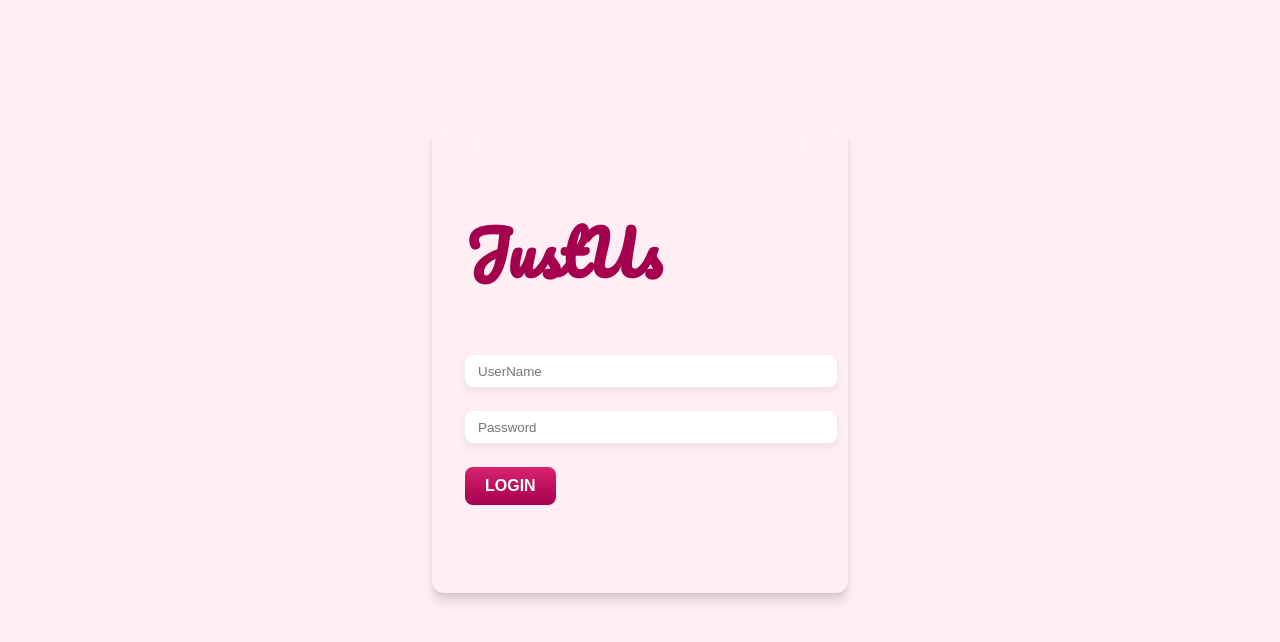
Repository: AfifaNoor/JustUs_ReactJs
Page: /
An editor plug-in stored every save of this project. The page is shown before and after the next save, followed by the edit.
The browser window is 1280 px wide. The pictures show the whole page.
The project was rebuilt for these pictures with package versions that can differ from the ones it lists, and the page was loaded fresh each time.

Above is the page before, as saved 2025-07-14 16:03:42.

### public/index.html
<!DOCTYPE html>
<html lang="en">
  <head>
    <meta charset="utf-8" />
    <link rel="icon" href="%PUBLIC_URL%/favicon.ico" />
    <link href="https://fonts.googleapis.com/css2?family=Poppins:wght@300;400;500;600;700&family=Pacifico&display=swap" rel="stylesheet">
    <meta name="viewport" content="width=device-width, initial-scale=1" />
    <meta name="theme-color" content="#000000" />
    <meta
      name="description"
      content="Web site created using create-react-app"
    />
    <link rel="apple-touch-icon" href="%PUBLIC_URL%/logo192.png" />
    <!--
      manifest.json provides metadata used when your web app is installed on a
      user's mobile device or desktop. See https://developers.google.com/web/fundamentals/web-app-manifest/
    -->
    <link rel="manifest" href="%PUBLIC_URL%/manifest.json" />
    <!--
      Notice the use of %PUBLIC_URL% in the tags above.
      It will be replaced with the URL of the `public` folder during the build.
      Only files inside the `public` folder can be referenced from the HTML.

      Unlike "/favicon.ico" or "favicon.ico", "%PUBLIC_URL%/favicon.ico" will
      work correctly both with client-side routing and a non-root public URL.
      Learn how to configure a non-root public URL by running `npm run build`.
    -->
    <title>Just Us</title>
  </head>
  <body>
    <noscript>You need to enable JavaScript to run this app.</noscript>
    <div id="root"></div>
    <!--
      This HTML file is a template.
      If you open it directly in the browser, you will see an empty page.

      You can add webfonts, meta tags, or analytics to this file.
      The build step will place the bundled scripts into the <body> tag.

      To begin the development, run `npm start` or `yarn start`.
      To create a production bundle, use `npm run build` or `yarn build`.
    -->
  </body>
</html>

### src/App.js
import React from 'react'
import LoginPage from './LoginPage'

const App = () => {
  return (
    <div>
      <LoginPage/>
    </div>
  )
}

export default App

### src/LoginPage.jsx
import React from 'react';
import "./LoginPage.css"

const LoginPage = () => {
  return (
    <div className='login-container'>
      <form className='form-container'>
      <div className='logo'>
        <h1> JustUs </h1>
      </div>
      <input
      className='form-input'
      type='text'
      placeholder='UserName'
      required

      />
      <input
      className='form-input'
      type='password'
      placeholder='Password'
      required

      />
      <div>
        <button className='btn-login'> Login</button>
      </div>

      </form>
    </div>
  )
}

export default LoginPage

### src/LoginPage.css
.login-container {
  width: 100%;
  height: 100vh;
  opacity: 1;
  transform: rotate(0deg);
  display: flex;
  justify-content: center;
  align-items: center;
  /* background: linear-gradient(#FFEFF4, #FDEAEF); */
  background-color: #FFEFF4;
  flex-direction: column;
  position: relative;
  font-family: 'Poppins', sans-serif;


}

h1,h2,h3 {
  color: #A4004E;
  font-weight: 700;
}

.logo {
  font-family: 'Pacifico', cursive;
  font-size: 30px;
  justify-content: center;
}

.btn-login {
  background: linear-gradient(180deg, #D9236E 0%, #A4004E 100%);
  color: #ffffff;
  border: none;
  padding: 10px 20px;
  border-radius: 8px;
  font-weight: 600;
  font-size: 16px;
  text-transform: uppercase;
}

.form-container{
    width: 350px;
    height: 400px;
    border-radius: 12px;
    padding: 32px;
    gap:10px;
    flex-direction: column;
    display: flex;
    z-index: 1;
    border: 1px solid transparent;
    border-image-slice: 1;
    -webkit-backdrop-filter: blur(20px);
    backdrop-filter: blur(20px);

    box-shadow:
  0px 10px 10px 0px rgba(0, 0, 0, 0.10),
  0px 4px 4px 0px rgba(0, 0, 0, 0.05),
  0px 1px 0px 0px rgba(0, 0, 0, 0.05),
  inset 0px 20px 50px 0px rgba(255, 255, 255, 0.15);
}

.form-input{
    width: 350px;
    height: 20px;
    min-width: 140px;
    max-width: 500px;
    transform: rotate(0deg);
    opacity: 1;
    border-radius: 8px;
    border-width: 1px;
    padding: 5px 8px 5px 12px;
    gap: 8px;
    margin-bottom: 14px;
    border: 1px solid transparent;
    -webkit-backdrop-filter: blur(20px);
    backdrop-filter: blur(20px);
    box-shadow: 0 4px 10px rgba(0,0,0,0.08);
    cursor: pointer;



}

Loaded but not shown: src/index.js (common file); src/index.css (common file); src/reportWebVitals.js (common file)

After the next save:
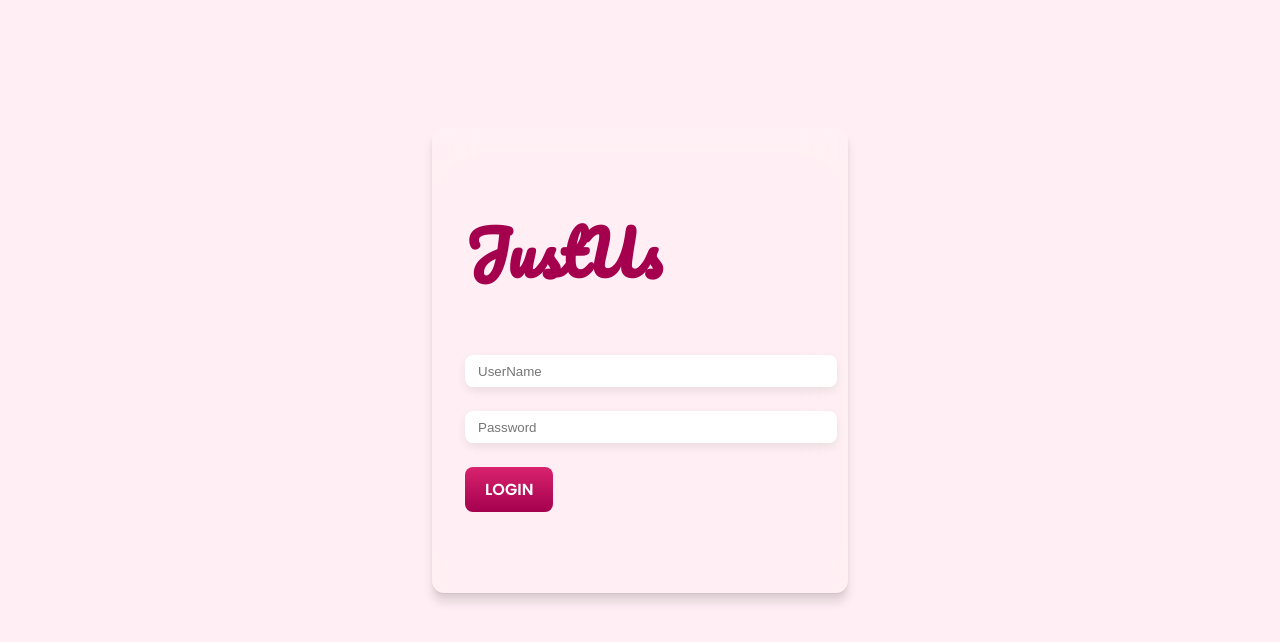
Saved 54 s later.
--- a/src/LoginPage.css
+++ b/src/LoginPage.css
@@ -35,6 +35,7 @@
   font-weight: 600;
   font-size: 16px;
   text-transform: uppercase;
+  font-family: poppins;
 }
 
 .form-container{

After the 3 saves that followed:
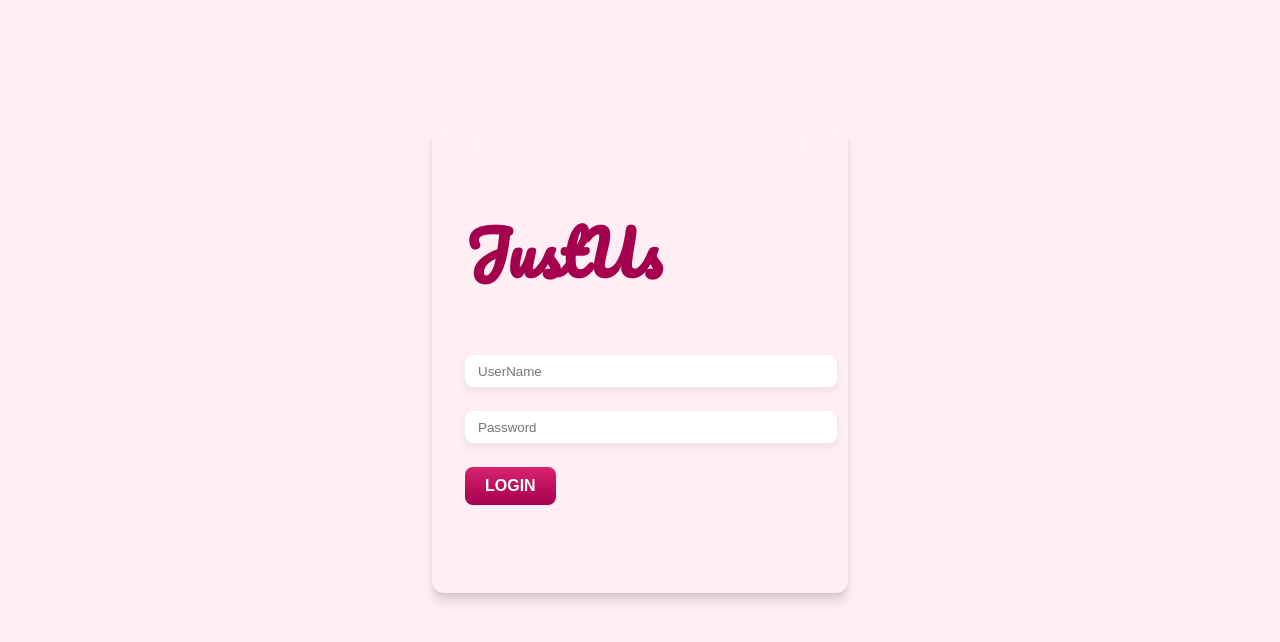
The 3 saves are shown as one change because 2 left the picture as it was.
The last was saved 60 s later.
--- a/src/LoginPage.css
+++ b/src/LoginPage.css
@@ -35,7 +35,7 @@
   font-weight: 600;
   font-size: 16px;
   text-transform: uppercase;
-  font-family: poppins;
+  font-style:poppins;
 }
 
 .form-container{
